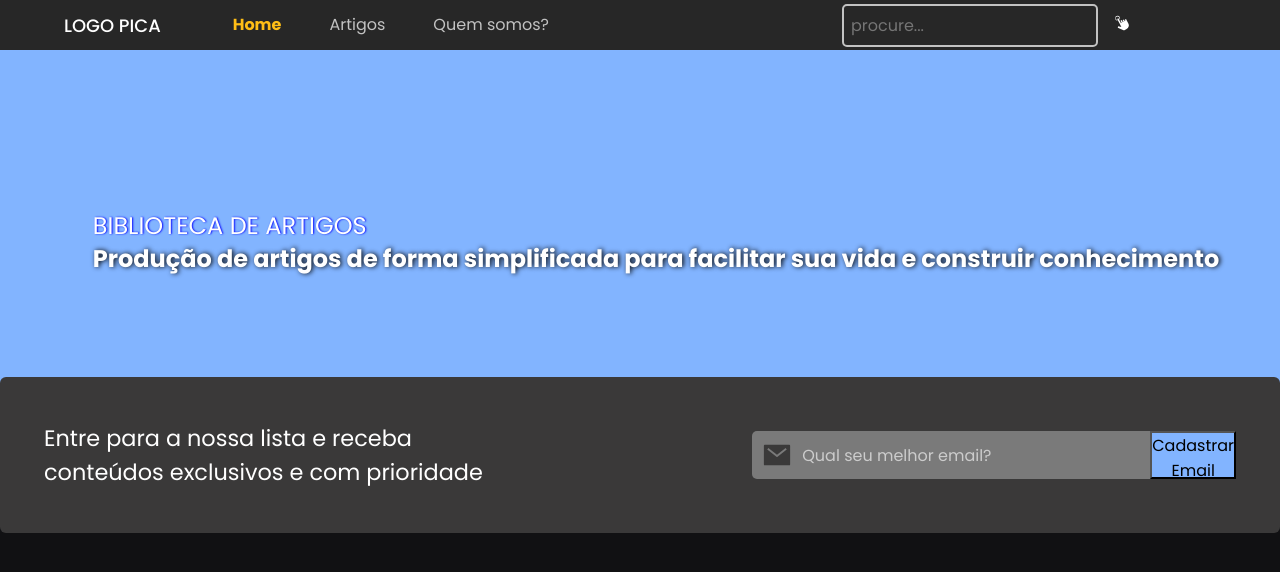
Repository: ArthurHendrich/Inepto
Page: /
These files come from the project's save history. The page is drawn as it stood at one moment and after the next save; the edit follows.
The browser window is 1280 px wide. The pictures show the whole page.
The project was rebuilt for these pictures with package versions that can differ from the ones it lists, and the page was loaded fresh each time. The framework's server and built-in components were replaced by stand-ins that run in the browser. Also part of the build but not shown: next.config.js.

Above is the page before, as saved 2022-07-06 20:47:52.

After the next save:
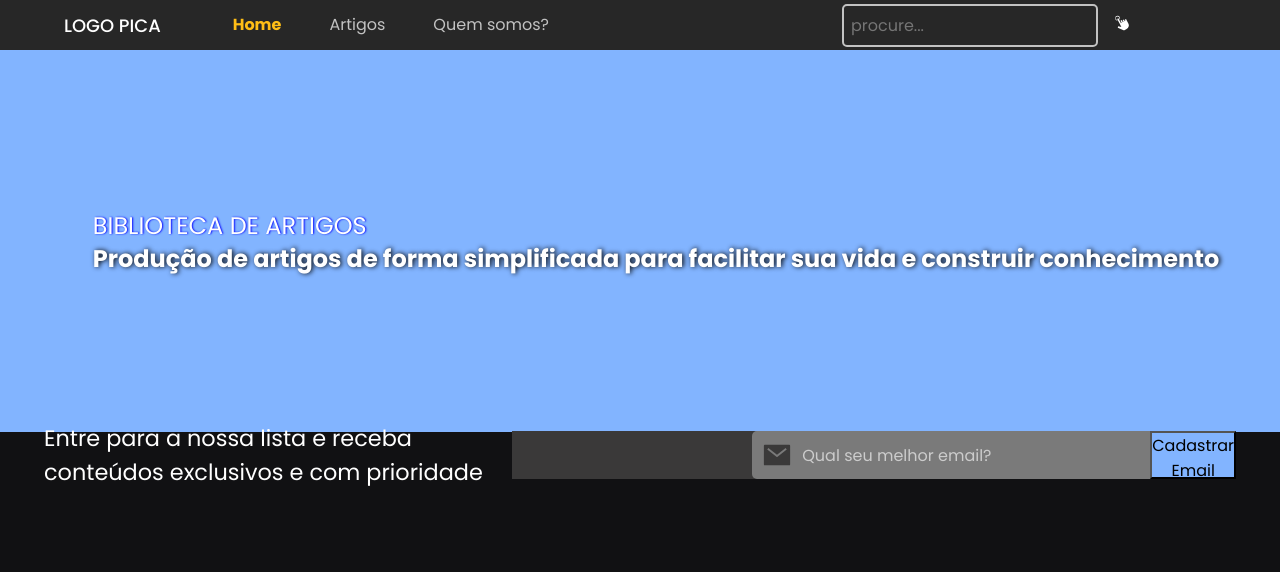
Saved 17 s later.
--- a/src/styles/home.module.scss
+++ b/src/styles/home.module.scss
@@ -38,7 +38,6 @@
   padding: 2.75rem;
   display: flex;
   align-items: center;
-  background: var(--gray-400);
   border-radius: 6px;
 
   h2 {
@@ -47,6 +46,7 @@
   }
 
   .inputContent {
+    background: var(--gray-400);
     padding-left: 15rem;
     display: flex;
     align-items: center;

After the save that followed:
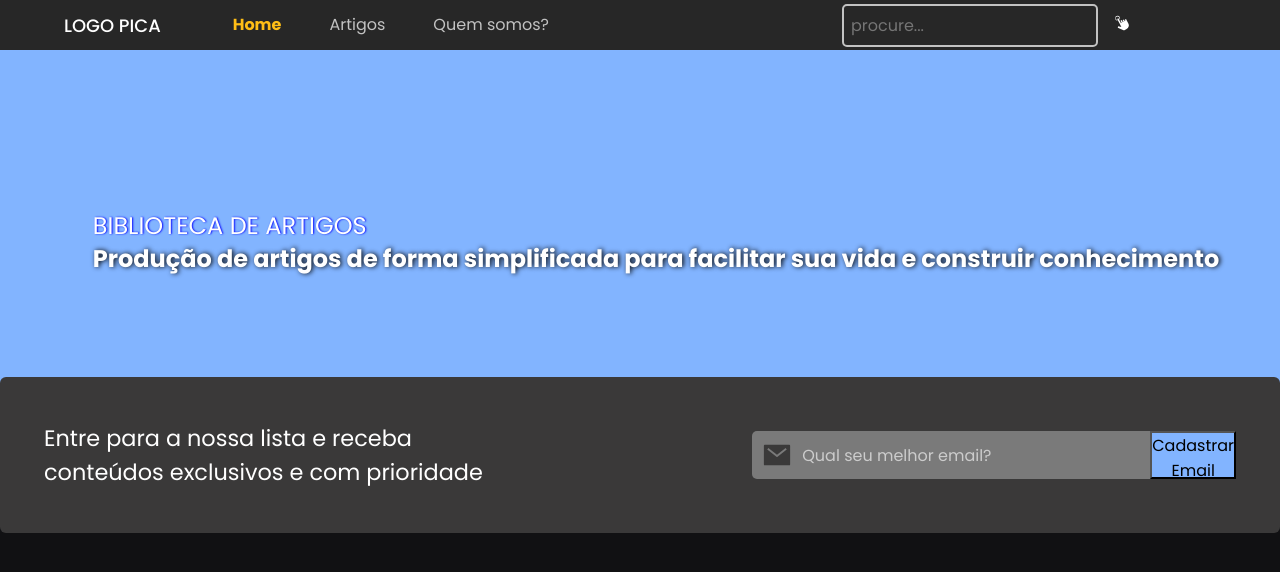
Saved 5 s later.
--- a/src/styles/home.module.scss
+++ b/src/styles/home.module.scss
@@ -39,6 +39,7 @@
   display: flex;
   align-items: center;
   border-radius: 6px;
+  background: var(--gray-400);
 
   h2 {
     font-size: 1.4rem;
@@ -46,7 +47,6 @@
   }
 
   .inputContent {
-    background: var(--gray-400);
     padding-left: 15rem;
     display: flex;
     align-items: center;
